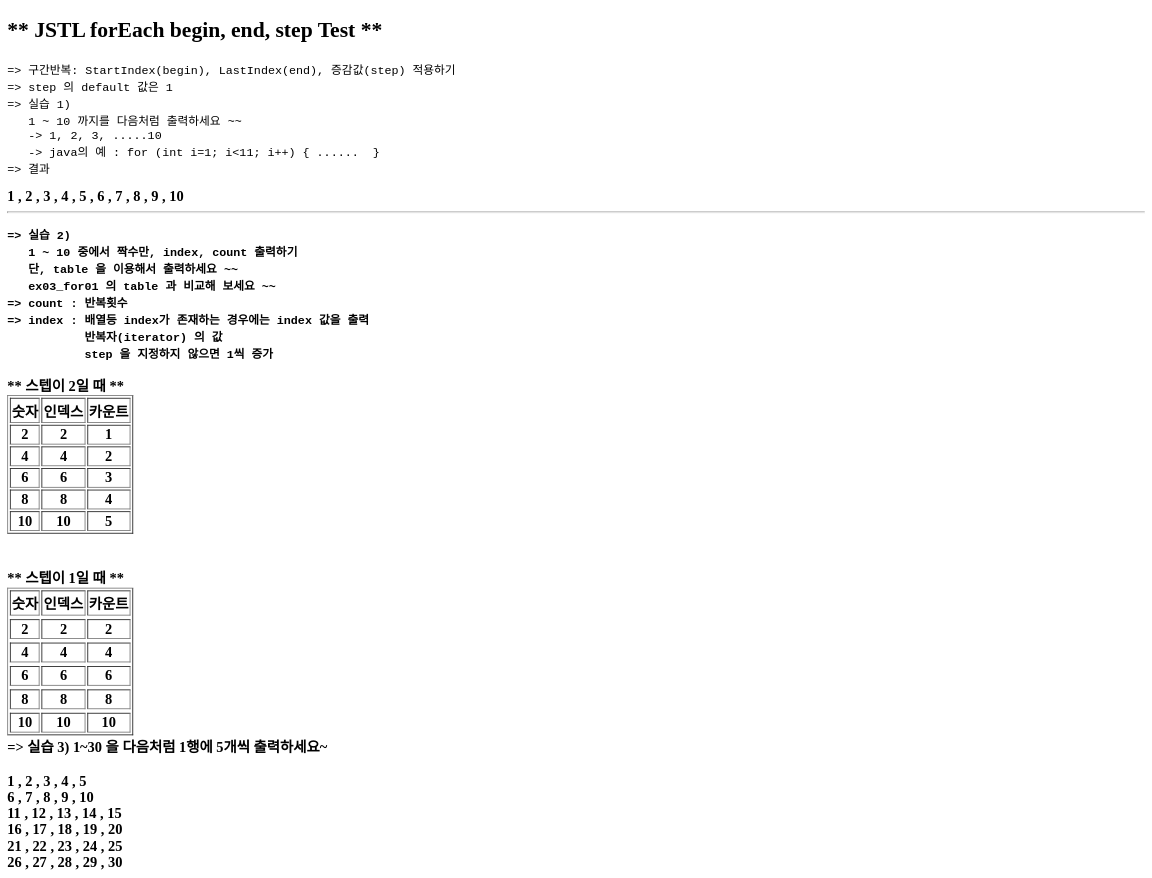
Repository: JYH94/JAVA
Page: http://localhost/web01/jsp03_jstl/ex03_for02.jsp
An editor plug-in stored every save of this project. The page is shown before and after the next save, followed by the edit.
The browser window is 1280 px wide. The pictures show the whole page, at 90% of full size.
The page is served by Tomcat 9. Other server files are loaded and not shown.

Above is the page before, as saved 2024-01-17 01:48:23.

### web01/src/main/webapp/jsp03_jstl/ex03_for02.jsp
<%@ page language="java" contentType="text/html; charset=UTF-8"
    pageEncoding="UTF-8"%>
<%@ taglib uri="http://java.sun.com/jsp/jstl/core" prefix="c" %>
<!DOCTYPE html>
<html>
<head>
<meta charset="UTF-8">
<title>** JSTL forEach begin, end, step Test **</title>
</head>
<body>
<h2>** JSTL forEach begin, end, step Test **</h2>
<pre>
=> 구간반복: StartIndex(begin), LastIndex(end), 증감값(step) 적용하기
=> step 의 default 값은 1
=> 실습 1)
   1 ~ 10 까지를 다음처럼 출력하세요 ~~
   -> 1, 2, 3, .....10
   -> java의 예 : for (int i=1; i<11; i++) { ......  }
=> 결과
</pre>
<b>

<c:forEach begin="1" end="10" var="number" step="1" varStatus="vs">
	${number}
	${vs.last ? "" : ", " }
</c:forEach>

<hr><pre>
=> 실습 2)
   1 ~ 10 중에서 짝수만, index, count 출력하기
   단, table 을 이용해서 출력하세요 ~~
   ex03_for01 의 table 과 비교해 보세요 ~~
=> count : 반복횟수
=> index : 배열등 index가 존재하는 경우에는 index 값을 출력
           반복자(iterator) 의 값
           step 을 지정하지 않으면 1씩 증가
</pre>

** 스텝이 2일 때 **
<table border=1; style="text-align:center; "width:90%;>
<tr>
	<th>숫자</th>
	<th>인덱스</th>
	<th>카운트</th>
</tr>
<c:forEach var="num" step="2" begin="2" end="10" varStatus="Q">
	<tr>
		<td>${num}</td>
		<td>${Q.index}</td>
		<td>${Q.count}</td>
	</tr>
</c:forEach>
</table>

<br>
<br>

** 스텝이 1일 때 **
<table border=1 style="text-align:center; "width:90%;>
<tr>
	<th>숫자</th>
	<th>인덱스</th>
	<th>카운트</th>
</tr>
<c:forEach var="num" begin="1" end="10" varStatus="Q">
	<tr>
		<c:if test="${num%2 == 0}">
			<td>${num}</td>
			<td>${Q.index}</td>
			<td>${Q.count}</td>
		</c:if>

		<c:if test="${num%2 != 0}"></c:if>

	</tr>
</c:forEach>
<!--
위 반복문을 돌리면 숫자가 2,4,6,8,10 이 찍히고
인덱스도 2,4,6,8,10이 찍히는 모습을 볼 수 있다.
그 이유는 시작점이 1 / 종료점이 10일 뿐이지 배열이 아니기 때문이다.
forEach반복문이 1부터 돌면서 조건문을 통해 건너뛰기 때문에
인덱스가 1,2,3,4,5가 아닌 2,4,6,8,10이 찍힌다.
 -->
</table>

=> 실습 3) 1~30 을 다음처럼 1행에 5개씩 출력하세요~<br>
<!--
1,2,3,4,5
6,7,8,9,10
11,12,13,14,15
...
............30 -->
<br>
<c:forEach var="num1" begin="0" end="5" varStatus="vs1">
	<c:forEach var="num2" begin="${5*num1 + 1}" end="${5*num1 + 5}" varStatus="vs2">
		<%-- <c:if test="${vs2.last == false}">
			${num2},
		</c:if>
		<c:if test="${vs2.last}">
			${num2}<br>
		</c:if>
		 --%>
		 <!-- 삼항연산자 사용하는 방법 -->
		${num2}
		${vs2.last ? "<br>" : ", "}
	</c:forEach>
</c:forEach>

<%-- <c:forEach var="i" begin="1" end="30" step="1" varStatus="vs">
	<c:choose>
		<c:when test="${i %5 != 0}">
			${i},
		</c:when>

		<c:when test="${i %5 == 0}">
			${i}
			<br>
		</c:when>
	</c:choose>
</c:forEach>
 --%>





</b>
</body>
</html>

After the next save:
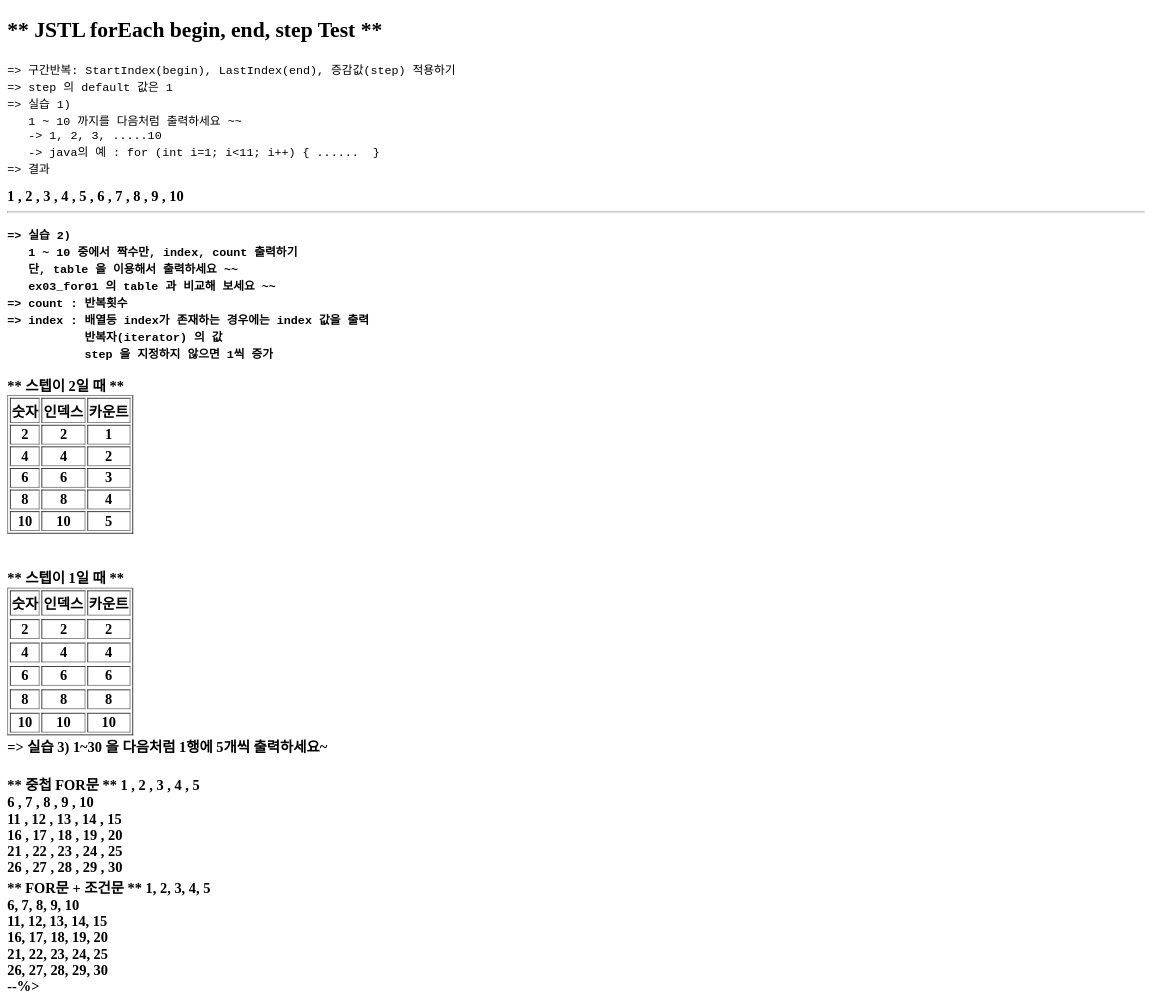
Saved 56 s later.
--- a/web01/src/main/webapp/jsp03_jstl/ex03_for02.jsp
+++ b/web01/src/main/webapp/jsp03_jstl/ex03_for02.jsp
@@ -91,6 +91,8 @@
 ...
 ............30 -->
 <br>
+
+** 중첩 FOR문 **
 <c:forEach var="num1" begin="0" end="5" varStatus="vs1">
 	<c:forEach var="num2" begin="${5*num1 + 1}" end="${5*num1 + 5}" varStatus="vs2">
 		<%-- <c:if test="${vs2.last == false}">
@@ -106,7 +108,9 @@
 	</c:forEach>
 </c:forEach>
 
-<%-- <c:forEach var="i" begin="1" end="30" step="1" varStatus="vs">
+
+** FOR문 + 조건문 **
+<c:forEach var="i" begin="1" end="30" step="1" varStatus="vs">
 	<c:choose>
 		<c:when test="${i %5 != 0}">
 			${i},

After the 2 saves that followed:
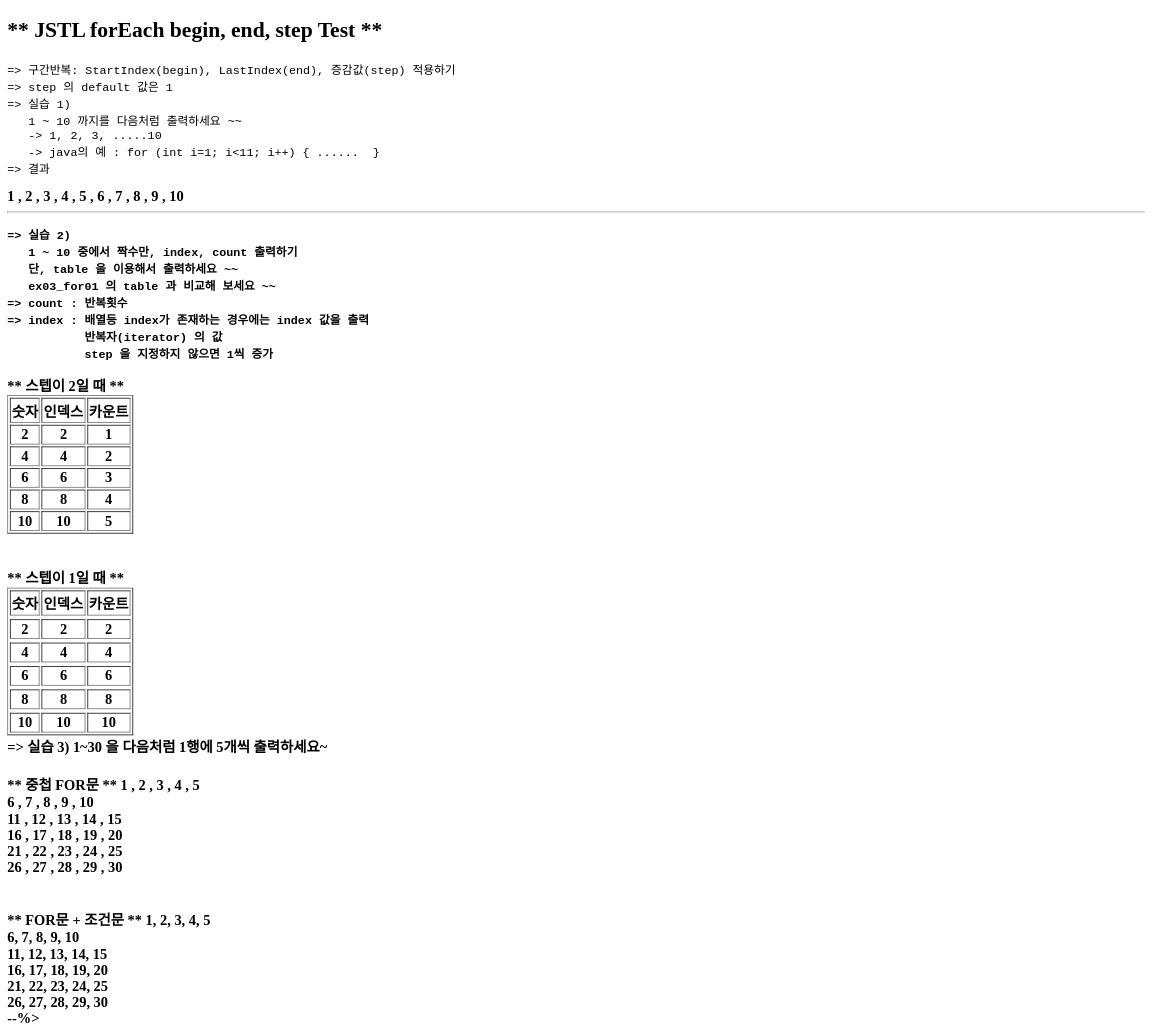
The 2 saves are shown as one change because they came seconds apart.
The last was saved 10 s later.
--- a/web01/src/main/webapp/jsp03_jstl/ex03_for02.jsp
+++ b/web01/src/main/webapp/jsp03_jstl/ex03_for02.jsp
@@ -109,6 +109,8 @@
 </c:forEach>
 
 
+<br><br>
+
 ** FOR문 + 조건문 **
 <c:forEach var="i" begin="1" end="30" step="1" varStatus="vs">
 	<c:choose>
